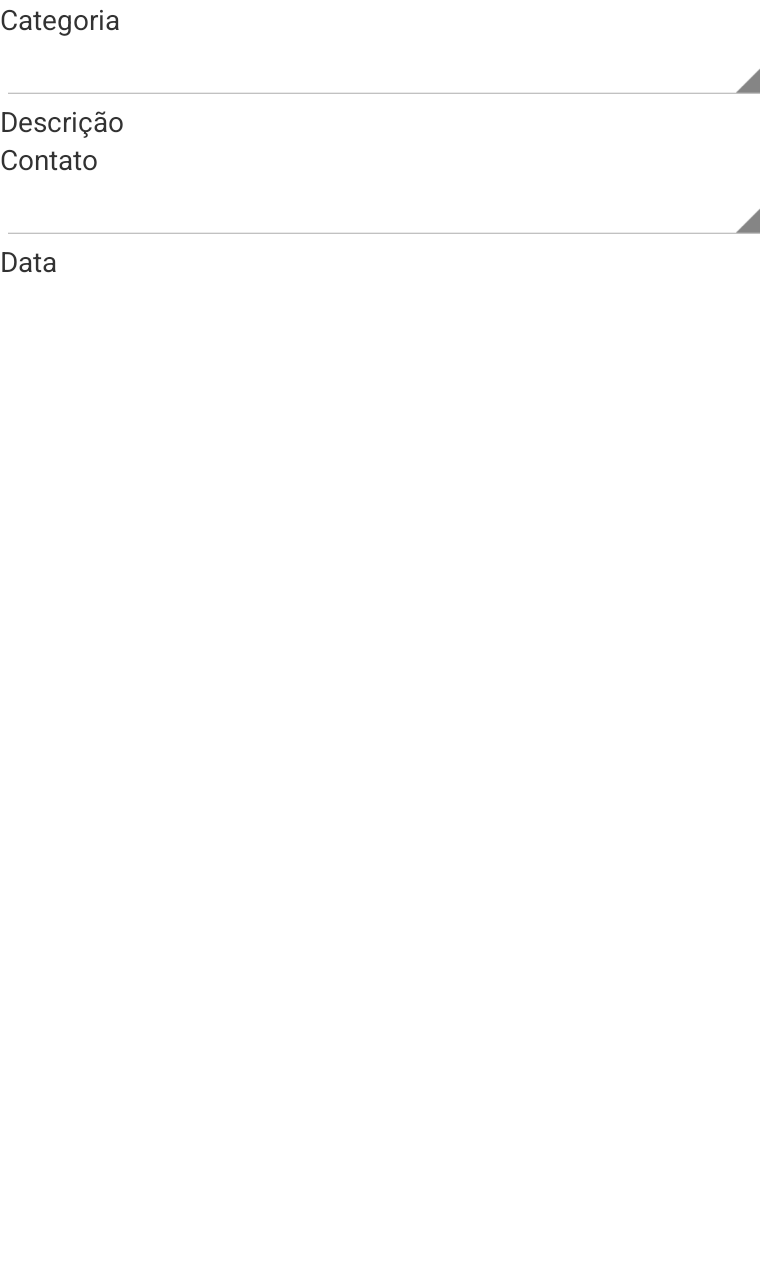
Repository: felipemfp/android-workspace
Layout: Aula06/res/layout/activity_novo_emprestimo.xml
The author's editor kept a copy of each file at every save. The layout is drawn from the files as they stood at one save, then again after a run of saves.
It is drawn on a 768 x 1280 px phone screen (xhdpi) without system bars, with theme AppTheme; the app's code is not run.

Above is the layout before, as saved 2015-12-17 02:13:25.

### Aula06/res/layout/activity_novo_emprestimo.xml
<?xml version="1.0" encoding="utf-8"?>
<LinearLayout xmlns:android="http://schemas.android.com/apk/res/android"
    android:layout_width="match_parent"
    android:layout_height="match_parent"
    android:orientation="vertical" >

	<TextView
	        android:layout_width="match_parent"
	        android:layout_height="wrap_content"
	        android:text="@string/categoria" />

	<Spinner
	        android:layout_width="match_parent"
	        android:layout_height="wrap_content"
	        android:id="@+id/ne_catg" />

	<TextView
	        android:layout_width="match_parent"
	        android:layout_height="wrap_content"
	        android:text="@string/descricao" />

	<EditText />

	<TextView
	        android:layout_width="match_parent"
	        android:layout_height="wrap_content"
	        android:text="@string/contato" />

	<Spinner
	        android:layout_width="match_parent"
	        android:layout_height="wrap_content"
	        android:id="@+id/ne_nome"/>

	<TextView
	        android:layout_width="match_parent"
	        android:layout_height="wrap_content"
	        android:text="@string/data" />

	<EditText />

	<LinearLayout>

	    <Button/>
	    <Button/>

	</LinearLayout>

</LinearLayout>

### Aula06/res/values/strings.xml
<?xml version="1.0" encoding="utf-8"?>
<resources>

    <string name="app_name">Controle de Empréstimo</string>
    <string name="action_settings">Settings</string>
    <string name="novo">Novo</string>
    <string name="categoria">Categoria</string>
    <string name="contato">Contato</string>
    <string name="data">Data</string>
    <string name="descricao">Descrição</string>
    <string name="cancelar">Cancelar</string>
    <string name="inserir">Inserir</string>
    <string name="infoDescricao">Descrição não informada!</string>
    <string name="infoContato">Contato não informado!</string>
    <string name="infoData">Data não informada!</string>
    <string name="ok">OK</string>

    <string-array name="listaCategoria">
        <item>BD</item>
        <item>CD</item>
        <item>DVD</item>
        <item>Livro</item>
    </string-array>

</resources>

Loaded but not shown: Aula06/res/values/styles.xml (common file); Aula06/res/values-v11/styles.xml (common file); Aula06/res/values-v14/styles.xml (common file)

After the next 2 saves:
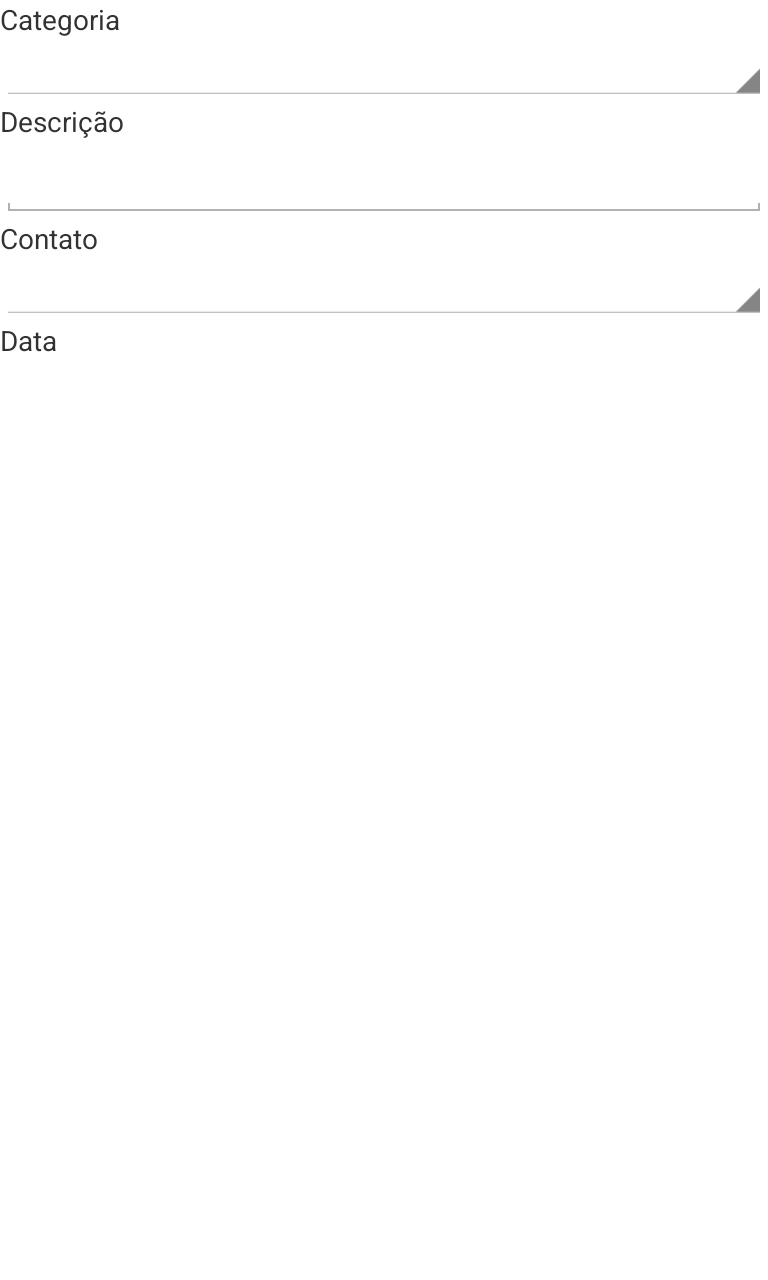
The 2 saves are shown as one change because they came seconds apart.
The last was saved 14 s later.
--- a/Aula06/res/layout/activity_novo_emprestimo.xml
+++ b/Aula06/res/layout/activity_novo_emprestimo.xml
@@ -19,7 +19,10 @@
 	        android:layout_height="wrap_content"
 	        android:text="@string/descricao" />
 
-	<EditText />
+	<EditText
+	        android:layout_width="match_parent"
+	        android:layout_height="wrap_content"
+	        android:id="@+id/ne_desc"/>
 
 	<TextView
 	        android:layout_width="match_parent"
